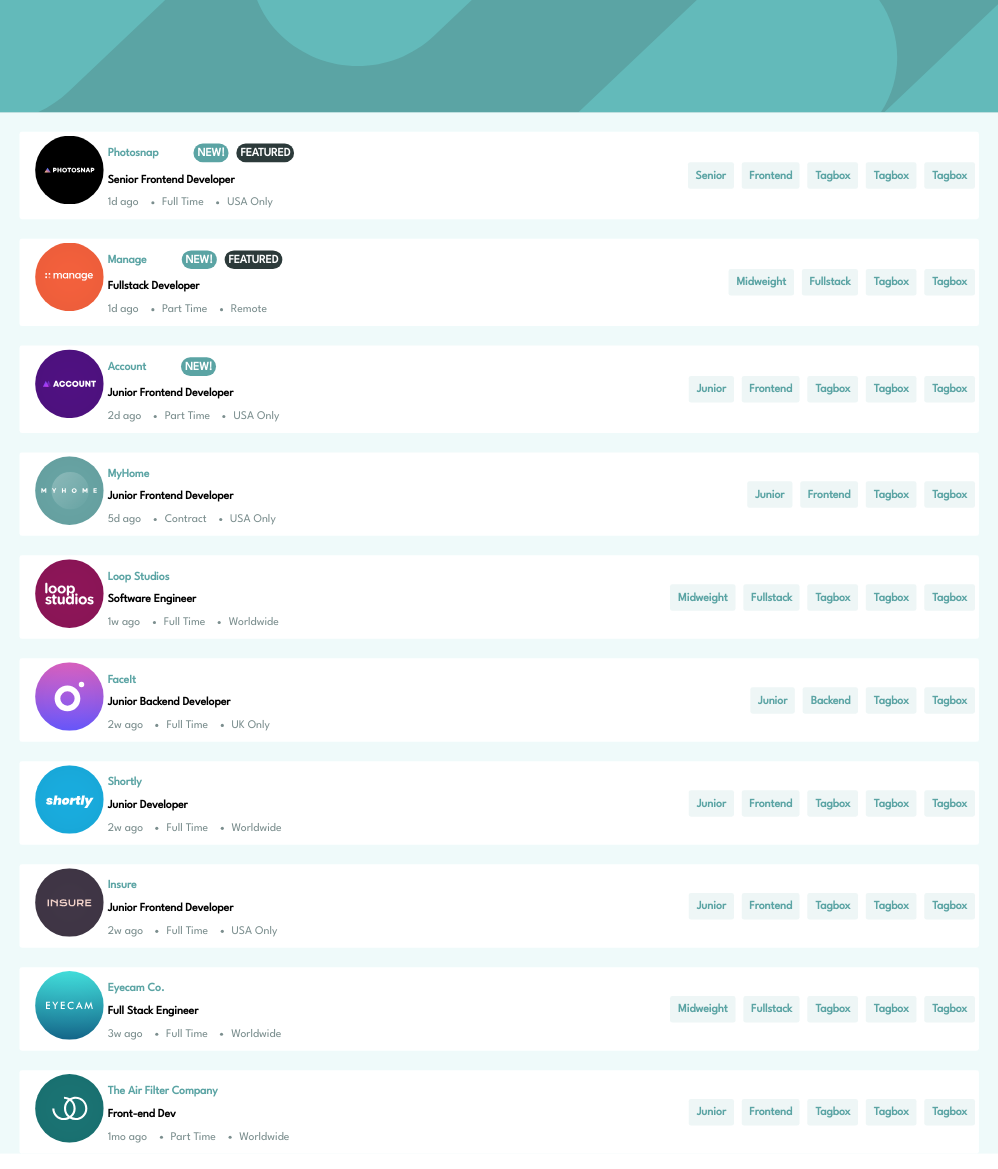
Repository: DevLaukey/job-listing
Page: /
These files come from the project's save history. The page is drawn as it stood at one moment and after the next save; the edit follows.
The browser window is 1280 px wide. The pictures show the whole page, at 78% of full size.
Some web fonts or font styles are not loaded; a fallback is used. The project was rebuilt for these pictures with package versions that can differ from the ones it lists, and the page was loaded fresh each time. Also part of the build but not shown: src/components/Filter.js.

Above is the page before, as saved 2022-06-06 00:00:23.

### src/App.js
import { useState } from "react";
import "./App.css";
import Filter from "./components/Filter";
import Header from "./components/Header";
import JobItem from "./components/Tagbox";
import Tablet from "./components/Tablet";
import data from "./data.json";

function App() {
  const [tagList, setTagList] = useState([]);


    function filterTag(e) {
      if (tagList.length === 0) {
        return true;
      } else {
        let jobTags = [e.role, e.level, ...e.languages, ...e.tools];

        return tagList.every((tag) => jobTags.includes(tag));
      }
    }
  // const tablets = data.map((data) =>
  // (<Tablet
  //   key={data.id}
  //   company={data.company}
  //   neew={data.new}
  //   featured={data.featured}
  //   position={data.position}
  //   role={data.role}
  //   level={data.level}
  //   postedAt={data.postedAt}
  //   contract={data.contract}
  //   location={data.location}
  //   languages={data.languages}
  //   tools={data.tools}
  //   logo={data.logo} />));


  return (
    <div className="App">
      <Header />

      {data
        .filter((e) => filterTag(e))
        .map((e, id) => (
          <Tablet onClick={setTagList} tagList={tagList} key={id} data={e} />
        ))}
      {/* <Filter />
      <div className="content">{tablets}</div> */}
    </div>
  );
}

export default App;

### src/App.css
@import url('https://fonts.googleapis.com/css2?family=Grape+Nuts&family=League+Spartan&display=swap');
*{
  margin: 0;
  padding: 0;
  box-sizing: border-box;
}
.App{
  background-color: hsl(180, 52%, 96%);
  font-size: 15px;
}

### src/components/Header.js
import React from 'react'
import "./styles.css"

function Header() {
  return (
    <header className='header'></header>
  )
}

export default Header

### src/components/Tagbox.js
import React from 'react'

function Tagbox() {
  return (
    <div class="category">Tagbox</div>
  )
}

export default Tagbox

### src/components/Tablet.js
import "./styles.css";
import Tagbox from "./Tagbox";

function Tablet(props) {
    let {logo, company, featured, position, postedAt, contract, location,level, role, languages, tools} = props.data;

  let neew = props.data.new;
  return (
    <div className="tablet ">
      <div className="tablet_content">
        <div className="desktop">
          <img className="image" src={logo} alt="" />
          <div className="block">
            <div className="heading">
              <div className="company">
                <p>{company}</p>
              </div>
              <div>{neew && <p className="new">NEW!</p>}</div>
              <div>{featured && <p className="featured">FEATURED</p>}</div>
            </div>

            <div className="title">
              <p>{position}</p>
            </div>
            <div className="details">
              <p>{postedAt}</p>
              <ul className="list">
                <li>{contract}</li>
                <li className="country">{location}</li>
              </ul>
            </div>
          </div>
        </div>
        <hr className="line" />
      </div>
      <div className="tags">
        <p className="category">{level}</p>
        <p className="category">{role}</p>
        {languages.map((e, id) => (
          <Tagbox
            onClick={props.onClick}
            tagList={props.tagList}
            key={`${id}_${id}_languages`}
            tagName={e}
          />
        ))}
        {tools.map((e, id) => (
          <Tagbox
            onClick={props.onClick}
            tagList={props.tagList}
            key={`${id}_${id}_tools`}
            tagName={e}
          />
        ))}
      </div>
    </div>
  );
}

export default Tablet;

### src/components/styles.css
.header {
  background-image: url(../assets/bg-header-mobile.svg);
  padding: 10vh;
  background-color: hsl(180, 29%, 50%);
}
.tablet {
  background-color: white;
  margin: 25px 25px 20px 25px;
  font-family: "League Spartan", sans-serif;
  border-radius: 3px;
  font-weight: 700;
}
.tablet:hover {
  transition: 0.2s ease-in-out;
  border-left: 3px solid hsl(180, 29%, 50%);
}
.tablet_content {
  margin-left: 15px;
  margin-right: 30px;
  align-items: center;
}
.image {
  height: 50px;
  margin-top: -20px;
}
.heading {
  margin-top: 15px;
  display: flex;
}
.company {
  color: hsl(180, 29%, 50%);
  margin-right: 3em;
  margin-top: 5px;
}
.new {
  background-color: hsl(180, 29%, 50%);
  padding: 5px;
  color: white;
  border-radius: 25px;
  margin-right: 10px;
}
.featured {
  background-color: hsl(180, 14%, 20%);
  padding: 5px;
  color: white;
  border-radius: 25px;
}
.title {
  margin-top: 15px;
}
.title:hover {
  cursor: pointer;
  color: hsl(180, 29%, 50%);
}
.details {
  display: flex;
  color: hsl(180, 8%, 52%);
  font-weight: 400;
  margin-top: 15px;
  margin-bottom: 15px;
}
.list {
  display: flex;
  margin-left: 2em;
}
.country {
  margin-left: 2em;
}
.line {
  margin-bottom: 15px;
  color: gray;
}
.tags {
  color: hsl(180, 29%, 50%);
  display: flex;
  flex-wrap: wrap;
}
.category {
  background-color: hsl(180, 31%, 95%);
  padding: 10px;
  border-radius: 3px;
  margin: 5px;
}

.filter {
  display: flex;
  padding: 10px;
  border-radius: 3px;
  margin: -20px 20px 5px 20px;
  flex-wrap: wrap;
  justify-content: space-between;
}
.option {
  background-color: hsl(180, 31%, 95%);
  color: hsl(180, 29%, 50%);
  display: flex;
  align-items: center;
  width: fit-content;
  margin-bottom: 15px;
}
.front-end {
  padding: 5px;
}
.icon {
  margin-left: 10px;
  flex-grow: 1;
  height: 100%;
  padding: 5px;
  background-color: hsl(180, 29%, 50%);
}
.icon:hover {
  background-color: hsl(180, 14%, 20%);
  transition: 0.2s ease-in-out;
}
.clear {
  color: hsl(180, 29%, 50%);
}
.clear:hover {
  cursor: pointer;
  padding: 3px;
  text-decoration: underline;
  transition: 0.2s ease-in-out;
}
.desktop {
  display: block;
}
.category:hover {
  transition: 0.2s ease-in-out;
  cursor: pointer;
  background-color: hsl(180, 29%, 50%);
  color: white;
}
/* media query */

@media screen and (min-width: 768px) {
  .header {
    background-image: url(../assets/bg-header-desktop.svg);
  }
  .line {
    display: none;
  }
  .tablet {
    display: flex;
    align-items: center;
    justify-content: space-between;
  }
  .desktop {
    display: flex;
  }
  .image {
    margin: 0;
    padding: 5px;
    height: 100%;
  }
}

Loaded but not shown: public/index.html (common file); src/index.js (common file); src/index.css (common file); src/reportWebVitals.js (common file); src/data.json (common file)

After the next save:
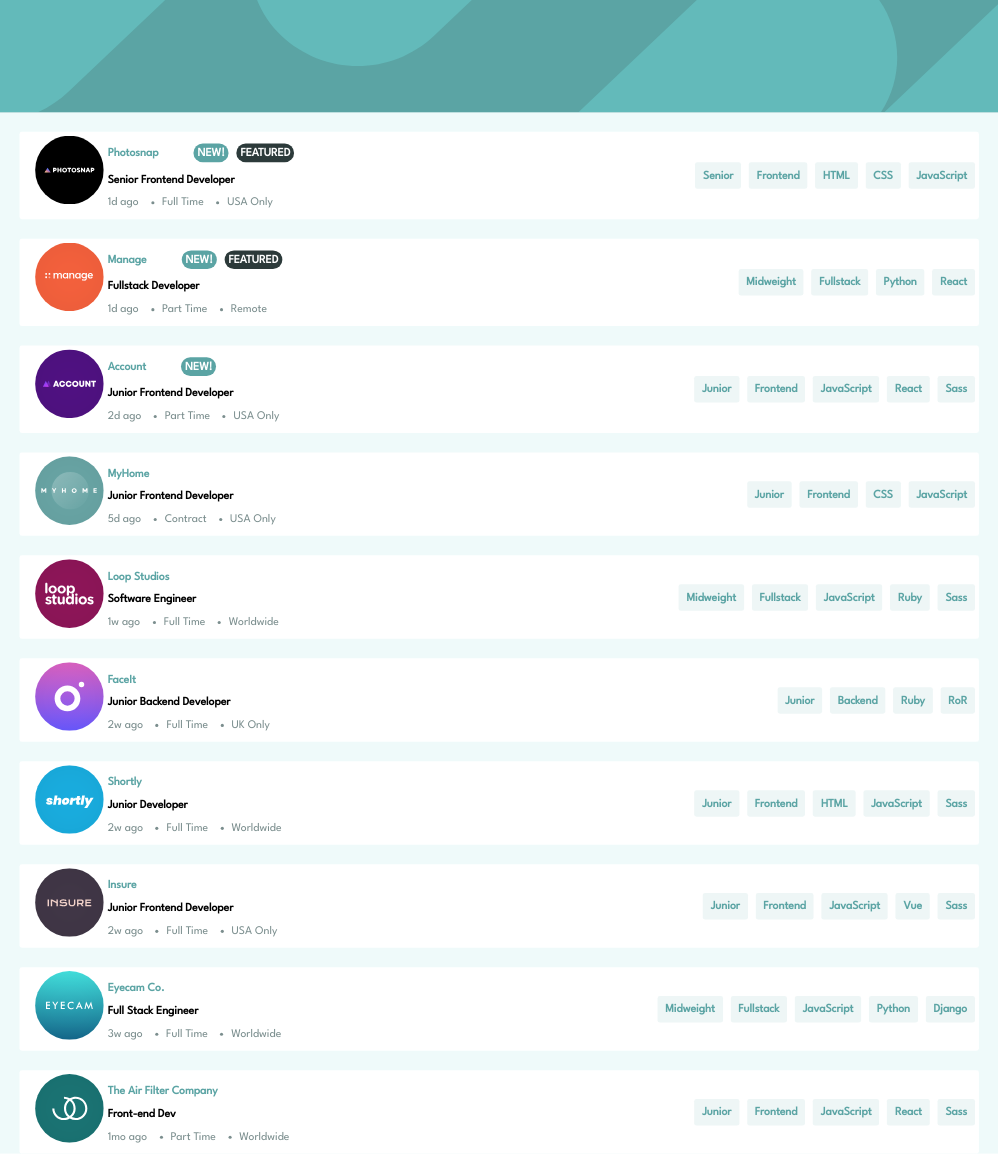
Saved 83 s later.
--- a/src/components/Tagbox.js
+++ b/src/components/Tagbox.js
@@ -1,9 +1,14 @@
-import React from 'react'
+import React from "react";
 
-function Tagbox() {
-  return (
-    <div class="category">Tagbox</div>
-  )
+function Tagbox(Props) {
+  function handleClick() {
+    if (Props.tagList.includes(Props.tagName)) {
+      return;
+    } else {
+      Props.onClick([...Props.tagList, Props.tagName]);
+    }
+  }
+  return <div class="category" onClick={handleClick}> {Props.tagName}</div>;
 }
 
-export default Tagbox
+export default Tagbox;
